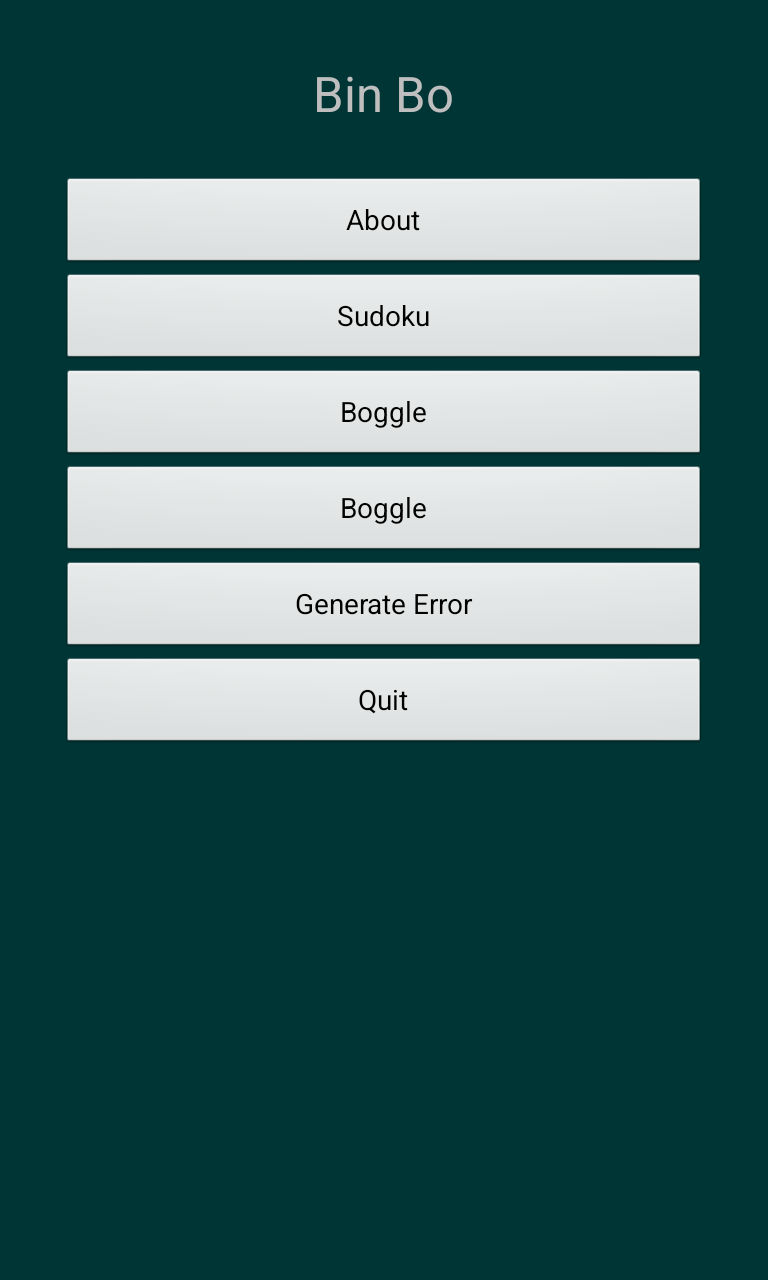
Repository: czxttkl/HelloMAD
Layout: edu.neu.madcourse.binbo.HelloMAD/res/layout/main.xml
These files come from the project's save history. The layout is drawn as it stood at one moment and after the next save; the edit follows.
It is drawn on a 768 x 1280 px phone screen (xhdpi) without system bars, with theme android:Theme; the app's code is not run.

Above is the layout before, as saved 2012-10-20 21:23:45.

### edu.neu.madcourse.binbo.HelloMAD/res/layout/main.xml
<?xml version="1.0" encoding="utf-8"?>
<LinearLayout xmlns:android="http://schemas.android.com/apk/res/android"
    android:background="@color/background"
    android:layout_width="fill_parent"
    android:layout_height="fill_parent"
    android:padding="30dip"
    android:orientation="vertical" >

	<TextView
	   android:text="@string/main_title"
	   android:layout_height="wrap_content"
	   android:layout_width="wrap_content"
	   android:layout_gravity="center"
	   android:layout_marginBottom="25dip"
	   android:textSize="24.5sp" />
	<Button
	   android:id="@+id/about_button"
	   android:layout_width="fill_parent"
	   android:layout_height="wrap_content"
	   android:text="@string/about_lable" />
	<Button
	   android:id="@+id/sudoku_button"
	   android:layout_width="fill_parent"
	   android:layout_height="wrap_content"
	   android:text="@string/sudoku_lable" />
	<Button
	   android:id="@+id/boggle_button"
	   android:layout_width="fill_parent"
	   android:layout_height="wrap_content"
	   android:text="@string/boggle_label" />
	<Button
	   android:id="@+id/persistent_boggle_button"
	   android:layout_width="fill_parent"
	   android:layout_height="wrap_content"
	   android:text="@string/boggle_label" />
	<Button
	   android:id="@+id/error_button"
	   android:layout_width="fill_parent"
	   android:layout_height="wrap_content"
	   android:text="@string/error_label" />
	<Button
	   android:id="@+id/quit_button"
	   android:layout_width="fill_parent"
	   android:layout_height="wrap_content"
	   android:text="@string/quit_lable" />

</LinearLayout>

### edu.neu.madcourse.binbo.HelloMAD/res/values/colors.xml
<?xml version="1.0" encoding="utf-8"?>
<resources>
    <color name="background">#3500ffff</color>
    <color name="sudoku_puzzle_background">#ffe6f0ff</color>
    <color name="sudoku_puzzle_hilite">#ffffffff</color>
    <color name="sudoku_puzzle_light">#64c6d4ef</color>
    <color name="sudoku_puzzle_dark">#6456648f</color>
    <color name="sudoku_puzzle_foreground">#ff000000</color>
    <color name="sudoku_puzzle_hint_0">#64ff0000</color>
    <color name="sudoku_puzzle_hint_1">#6400ff80</color>
    <color name="sudoku_puzzle_hint_2">#2000ff80</color>
    <color name="sudoku_puzzle_selected">#64ff8000</color>

    <color name="pb_white">#fff</color>
    <color name="pb_black">#000</color>
    <color name="pb_red">#ff0000</color>
    <color name="pb_gray1">#ccc</color>
    <color name="pb_gray2">#666</color>
    <color name="pb_blue">#005aff</color>

    <color name="white">#FFF</color>
    <color name="l_blue">#909BAA</color>
    <color name="d_blue">#6D7B92</color>
    <color name="gray">#CCCCCC</color>
    <color name="d_gray">#666</color>
    <color name="black">#000</color>

    <color name="rr_blue">#b5ddff</color>
    <color name="rr_red">#ff0000</color>
    <color name="rr_dark">#666</color>
    <color name="rr_grey">#333</color>

</resources>

### edu.neu.madcourse.binbo.HelloMAD/res/values/strings.xml
<?xml version="1.0" encoding="utf-8" standalone="no"?>
<resources>
    <string name="hello">Hello World, HelloMAD!</string>
    <string name="app_name">NUMAD-BinBo</string>
    <string name="main_title">Bin Bo</string>
    <string name="sudoku_lable">Sudoku</string>
    <string name="boggle_label">Boggle</string>
    <string name="error_label">Generate Error</string>
    <string name="quit_lable">Quit</string>
    <string name="about_title">Team Member</string>
    <string name="about_lable">About</string>
    <string name="about_text">\
		Name: Bin Bo\n
		Email: bigbugbb@gmail.com\n
		Version: 1.0.0\n
		Phone ID: none\n
	</string>
    <string name="sudoku_continue_label">Continue</string>
    <string name="sudoku_new_game_label">New Game</string>
    <string name="sudoku_about_label">About</string>
    <string name="sudoku_exit_label">Exit</string>
    <string name="sudoku_about_title">About Android Sudoku</string>
    <string name="sudoku_about_text">\
		Sudoku is a logic-based number placement puzzle.
		Starting with a partially completed 9x9 grid, the
		objective is to fill the grid so that each
		row, each column, and each of the 3x3 boxes
		(also called <i>blocks</i>) contains the digits
		1 to 9 exactly once.
	</string>
    <string name="sudoku_game_name">Sudoku</string>
    <string name="sudoku_title">Android Sudoku</string>
    <string name="sudoku_settings_label">Settings...</string>
    <string name="sudoku_settings_title">Sudoku settings</string>
    <string name="sudoku_settings_shortcut">s</string>
    <string name="sudoku_music_title">Music</string>
    <string name="sudoku_music_summary">Play background music</string>
    <string name="sudoku_hints_title">Hints</string>
    <string name="sudoku_hints_summary">Show hints during play</string>
    <string name="sudoku_new_game_title">Difficulty</string>
    <string name="sudoku_easy_label">Easy</string>
    <string name="sudoku_medium_label">Medium</string>
    <string name="sudoku_hard_label">Hard</string>
    <string name="sudoku_game_title">Sudoku</string>
    <string name="sudoku_no_moves_label">No moves</string>
    <string name="sudoku_keypad_title">Keypad</string>
    <string name="boggle_title">Android Boggle</string>
    <string name="boggle_continue_label">Continue</string>
    <string name="boggle_new_game_label">New Game</string>
    <string name="boggle_about_label">About</string>
    <string name="boggle_acknowledge_label">Acknowledge</string>
    <string name="boggle_exit_label">Exit</string>
    <string name="boggle_shake_label">Shake</string>
    <string name="boggle_pause_label">Pause</string>
    <string name="boggle_resume_label">Resume</string>
    <string name="boggle_score_label">Score:</string>
    <string name="boggle_best_score_label">Best:</string>
    <string name="boggle_time_label">Time Left</string>
    <string name="boggle_about_title">About Android Boggle</string>
    <string name="boggle_about_text">\
		The game begins by shaking a covered tray of sixteen cubic dice,
		each with a different letter printed on each of its sides. The
		dice settle into a 4x4 tray so that only the top letter of each
		cube is visible. After they have settled into the grid, a three-minute
		sand timer is started and all players simultaneously begin the main phase of play.
	</string>
    <string name="boggle_acknowledge_title">Acknowledge Android Boggle</string>
    <string name="boggle_acknowledge_text">\
		The background music was download from a Chinese
		web site a long time ago. The huffman code is from an old project.
	</string>
	<string name="pbsignup_title">""</string>
	<string name="pbmain_title">""</string>
	<string name="pbinvite_title">""</string>
	<string name="pbgame_title">""</string>
	<string name="pbrank_title">""</string>
	<string name="pbresult_title">""</string>
	<string name="pboption_title">""</string>
	<string name="pbacknowledge_title">""</string>
	<string name="pbabout_title">""</string>
</resources>

After the next save:
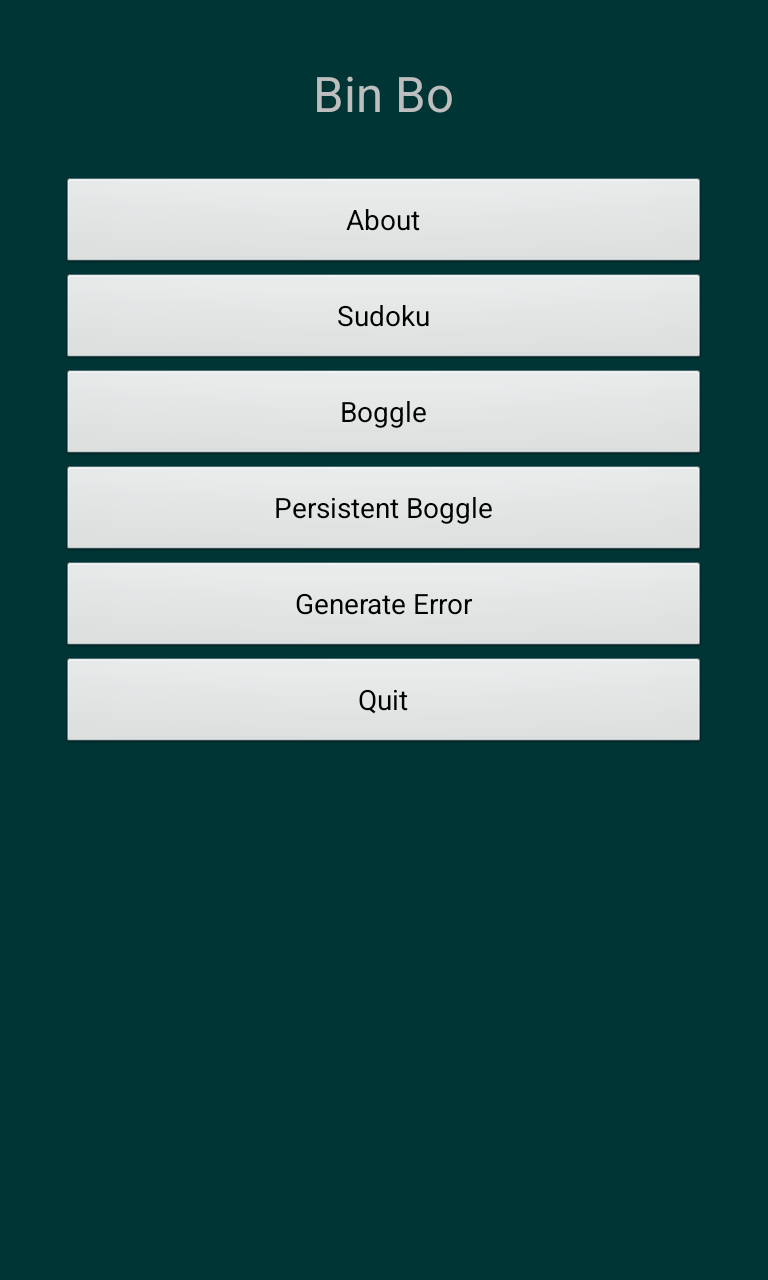
Saved 42 s later.
--- a/edu.neu.madcourse.binbo.HelloMAD/res/layout/main.xml
+++ b/edu.neu.madcourse.binbo.HelloMAD/res/layout/main.xml
@@ -28,11 +28,13 @@
 	   android:layout_width="fill_parent"
 	   android:layout_height="wrap_content"
 	   android:text="@string/boggle_label" />
+	<!-- temporary use -->
 	<Button
 	   android:id="@+id/persistent_boggle_button"
 	   android:layout_width="fill_parent"
 	   android:layout_height="wrap_content"
-	   android:text="@string/boggle_label" />
+	   android:text="Persistent Boggle" />
+	<!-- end of temporary use -->
 	<Button
 	   android:id="@+id/error_button"
 	   android:layout_width="fill_parent"
